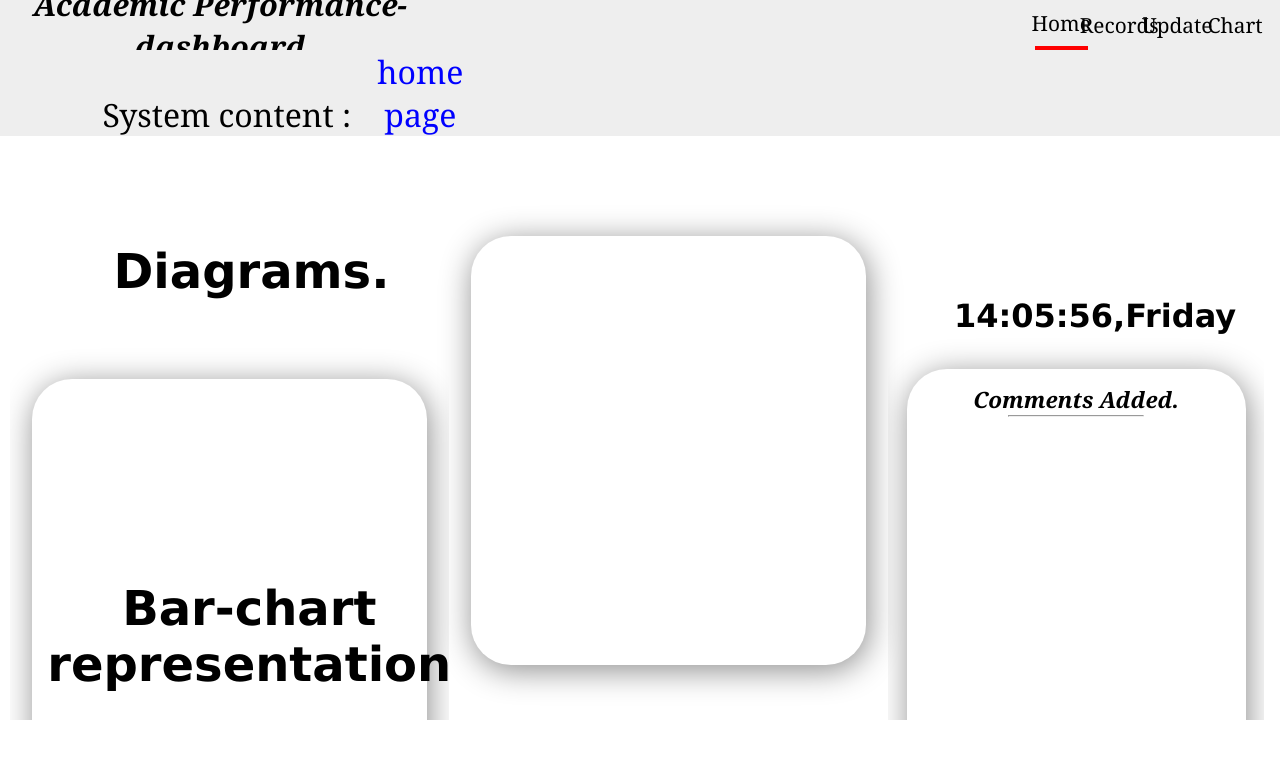
Repository: 3x3cu7er/Shax_001
Page: http://localhost/xmain/
These files come from the project's save history. The page is drawn as it stood at one moment and after the next save; the edit follows.
The browser window is 1280 px wide. The pictures show the whole page.
An inner scrolling area shows only its first screen. The page is served by the project's application, run on Django 4.2 (manage.py). Other server files are loaded and not shown.

Above is the page before, as saved 2024-01-19 17:59:14.
Console error (its wording comes from the project's code and is left out).

### _3x3c47er_Sino_sys/template/xmain.html
{% load static %}
<!DOCTYPE html>
<html lang="en">
  <head>
    <meta charset="UTF-8" />
    <meta name="viewport" content="width=device-width, initial-scale=1.0" />
    <title>...</title>
    <link rel="stylesheet" href="{% static '/css/xmain.css'%}" />
  </head>
  <body>
    <div class="container">
      <!-- navigation system -->
      <div class="nav">
        <div class="logo">
          <h5>Academic Performance-dashboard</h5>
          <a class="loc">show menu</a>
        </div>

        <div class="links">
          <a href="{% url 'xlanding'%}" class="under">Home</a>
          <a href="{% url 'temp_access_student'%}">Records</a>
          <a href="{% url 'xupdate'%}">Update</a>
          <a href="#later">Chart</a>
        </div>
      </div>
      <div class="elements">
        <a href="{% url 'xlanding'%}" class="under">Home</a>
        <a href="{% url 'temp_access_student'%}">Records</a>
        <a href="{% url 'xupdate'%}">Update</a>
        <a href="#later">Alerts</a>
      </div>
      <!-- platforms -->
      <div class="label">
        <h1>
          <p>System content :</p>
        </h1>
      </div>

      <div class="platforms">
        <!-- top section -->

        <div class="section" class="elements">
          <!-- right -->
          <div class="rigthSide">
            <div class="flex">
              <h4>Diagrams.</h4>
              <div class="data">
                <div class="graph">
                  <canvas id="net"></canvas>
                  <h4>Bar-chart representation</h4>
                </div>
              </div>
              <div class="data">
                <canvas id="tracking"></canvas>
              </div>
            </div>
          </div>
          <!-- middle -->
          <div class="middleContent">
            <div class="data" id="top">
              <div class="graph">
                <canvas id="pie"></canvas>
              </div>
            </div>
            <div class="data" id="bottom">
              <div class="graph">
                <canvas id="scatter"></canvas>
              </div>
            </div>
          </div>
          <!-- left -->

          <div class="leftSide">
            <div class="time">
              <h4>
                <span class="hr">00</span>:<span class="min">00</span>:<span
                  class="sec"
                  >00</span
                >,
              </h4>
              <br />
              <h4 class="dy">day</h4>
            </div>
            <div class="data" id="comments">
              <h4>Comments Added.</h4>
              <hr />

              {% for content in comment%}
              <li class="id">
                <ol>
                  <div class="sub">{{content}}</div>
                </ol>
              </li>
              {%endfor%}
            </div>
          </div>
        </div>
        <div class="context">
          <div class="subCOntext">
            <div class="scroll">
              <!-- {% for item in sh%}
              <ul>
                {{item}}
              </ul>
              <br /><br />
              {%endfor%} -->
              <div class="part">
                <img src="/static/css/icons/spy.svg" alt="" />
                <h3>User -Summary.</h3>

                <hr />
                <h4>Total datasets : <span>{{tcourse}}</span></h4>
                <h4>
                  The plt<sub>id</sub> corresponds to the recordID in the corses
                  undertaken.
                </h4>
                <h4>
                  plt -<sup>-</sup>-<sub>-</sub> average performance for the
                  record.
                </h4>
              </div>
              <!-- <div class="part">
                <img src="/static/undraw_emails_re_cqen.svg" alt="" />
                <h3>Notification.</h3>
                <hr />
              </div> -->
              <div class="part">
                <img src="/static/css/icons/chart.svg" alt="" />
                <h3>Performance -Summary.</h3>
                <hr />
                <h4>Total score : <span>{{tcwa}}</span></h4>
                <h4>Your status : <span>{{com}}</span></h4>
              </div>
            </div>
          </div>
        </div>
        <div class="design">
          <div class="">
            <img src="/static/css/icons/academic.svg" alt="" />
            <h1>Records.</h1>
          </div>
          <div class="">
            <img src="/static/css/icons/main2.svg" alt="" />
            <h1>Predictions.</h1>
          </div>
        </div>
        <!-- student details -->
        <div class="section" id="details">
          <div class="details">
            <h4>Courses Undertaken</h4>
            <hr />
            <div class="table">
              <div class="thead">
                <div class="name">Record-ID</div>
                <div class="name">Course</div>
                <div class="name">Refrence</div>
                <div class="name">CWA</div>
              </div>

              {%for rec in record%}
              <div class="value">
                <h5>{{rec.recordID}}</h5>
                <h5>{{rec.course}}</h5>
                <h5>{{rec.reference}}</h5>
                <h5>{{rec.cwa}}</h5>
              </div>
              {%endfor%}

              <!-- <div class="all">

                <li>{{rec.semester}}</li>

              </div> -->
            </div>
          </div>
          <div class="details">
            <h4>Predictions for the student.</h4>
            <hr />

            <div class="prediction">
              <h5>{{predicted_score}}</h5>
              <h5>Total AVERAGE score :{{average}}<span>%</span>.</h5>

              <h5>Student would have :{{recommendation}} performance.</h5>
            </div>
            <!-- <div class="form">
              <h2>Comment Form</h2>
              <hr />
              <form action="" method="post">
                {% csrf_token %}
                <div class="formItem">
                  <label for="">Content ID :</label>
                  <input type="text" name="comID" placeholder="I D.." />
                </div>
                <div class="formItem">
                  <label for="">Label:</label>
                  <input type="text" name="label" placeholder="give label.." />
                </div>
                <div class="formItem">
                  <label for="">Main content :</label>
                  <textarea
                    name="message"
                    placeholder="Write to add to content."
                    id="writings"
                  ></textarea>
                </div>
                <div class="formItem">
                  <input type="submit" value="Add content" />
                </div>
              </form>
            </div> -->
          </div>
        </div>
        <!-- later -->
        <!-- <div class="search">
          <form action="" method="get">
            {% csrf_token %}
            <input
              type="text"
              placeholder="level.."
              name="request"
              id="search"
            />
            <input
              type="text"
              placeholder="semester.."
              name="semReq"
              id="search"
            />
            <input type="submit" value="Check" name="searchBtn" id="btn" />
          </form>
        </div> -->
        <div class="formContainer">
          <h1>Enter your user ID..</h1>
          <div class="search">
            <form action="" method="get">
              {% csrf_token %}
              <input
                type="text"
                placeholder="Student's  ID.."
                name="search"
                id="search"
              />
              <input type="submit" value="Check" name="searchBtn" id="btn" />
            </form>
          </div>
        </div>
        <div class="design">
          <div class="">
            <img src="/static/css/icons/analytics.svg" alt="" />
            <h1>Performance tracking.</h1>
            <hr />
          </div>
        </div>
        <div class="section" id="later">
          <!-- graph page -->
          <div class="graph">
            <canvas id="dataRep"></canvas>
          </div>
        </div>
      </div>
    </div>
    <script src="{% static '/js/time1.js'%}"></script>
    <script src="https://cdn.jsdelivr.net/npm/chart.js"></script>
    <script>
      const ctx = document.getElementById("dataRep");
      const pie = document.getElementById("pie");
      const scatter = document.getElementById("scatter");
      const tracking = document.getElementById("tracking");
      const net = document.getElementById("net");
      //pl1 = JSON.parse("{{pl1|escapejs}}");
      //pl2 = JSON.parse("{{fs2|escapejs}}");
      //ss1 = JSON.parse("{{ss1|escapejs}}");
      //ss2 = JSON.parse("{{ss2|escapejs}}");
      //ts1 = JSON.parse("{{ts1|escapejs}}");
      //ts2 = JSON.parse("{{ts2|escapejs}}");
      //fors1 = JSON.parse("{{fors1|escapejs}}");
      //fors2 = JSON.parse("{{fors2|escapejs}}");
      graphData = JSON.parse("{{graphData|escapejs}}");
      graphData1 = JSON.parse("{{graphData1|escapejs}}");
      const loca = document.querySelector(".loc");
      const elements = document.querySelector(".elements");

      // ########################
      loca.addEventListener("click", function () {
        elements.style.display = "block";
      });

      //line chart
      new Chart(ctx, {
        type: "line",
        data: {
          labels: [
            "plt1",
            "plt2",
            "plt3",
            "plt4",
            "plt5",
            "plt6",
            "plt7",
            "plt8",
            "plt9",
            "plt10",
            "plt11",
            "plt12",
            "plt13",
            "plt14",
            "plt15",
            "plt16",
            "plt17",
            "plt18",
            "plt19",
            "plt20",
            "plt21",
            "plt22",
            "plt23",
            "plt24",
            "plt25",
            "plt26",
            "plt27",
            "plt28",
            "plt29",
            "plt30",
            "plt31",
            "plt32",
            "plt33",
            "plt34",
            "plt35",
            "plt36",
            "plt37",
            "plt38",
            "plt39",
            "plt40",
            "plt41",
            "plt42",
            "plt43",
            "plt44",
            "plt45",
            "plt46",
            "plt47",
            "plt48",
            "plt49",
            "plt50",
            "plt51",
            "plt52",
            "plt53",
            "plt54",
            "plt55",
            "plt56",
            "plt57",
            "plt58",
            "plt59",
            "plt60",
          ],
          datasets: [
            {
              label: "Performance rate.",
              data: graphData,
              borderWidth: 1,
            },
          ],
        },
        options: {
          scales: {
            y: {
              beginAtZero: true,
            },
          },
        },
      });
      //net chart
      new Chart(net, {
        type: "bar",
        data: {
          labels: [
            "plt1",
            "plt2",
            "plt3",
            "plt4",
            "plt5",
            "plt6",
            "plt7",
            "plt8",
            "plt9",
            "plt10",
            "plt11",
            "plt12",
            "plt13",
            "plt14",
            "plt15",
            "plt16",
            "plt17",
            "plt18",
            "plt19",
            "plt20",
            "plt21",
            "plt22",
            "plt23",
            "plt24",
            "plt25",
            "plt26",
            "plt27",
            "plt28",
            "plt29",
            "plt30",
            "plt31",
            "plt32",
            "plt33",
            "plt34",
            "plt35",
            "plt36",
            "plt37",
            "plt38",
            "plt39",
            "plt40",
            "plt41",
            "plt42",
            "plt43",
            "plt44",
            "plt45",
            "plt46",
            "plt47",
            "plt48",
            "plt49",
            "plt50",
            "plt51",
            "plt52",
            "plt53",
            "plt54",
            "plt55",
            "plt56",
            "plt57",
            "plt58",
            "plt59",
            "plt60",
          ],
          datasets: [
            {
              label: "Performance rate.",
              data: graphData,
              borderWidth: 1,
            },
          ],
        },
        options: {
          scales: {
            y: {
              beginAtZero: true,
            },
          },
        },
      });
      //tracking chart
      new Chart(tracking, {
        type: "polarArea",
        data: {
          labels: [
            "plt1",
            "plt2",
            "plt3",
            "plt4",
            "plt5",
            "plt6",
            "plt7",
            "plt8",
            "plt9",
            "plt10",
            "plt11",
            "plt12",
            "plt13",
            "plt14",
            "plt15",
            "plt16",
            "plt17",
            "plt18",
            "plt19",
            "plt20",
            "plt21",
            "plt22",
            "plt23",
            "plt24",
            "plt25",
            "plt26",
            "plt27",
            "plt28",
            "plt29",
            "plt30",
            "plt31",
            "plt32",
            "plt33",
            "plt34",
            "plt35",
            "plt36",
            "plt37",
            "plt38",
            "plt39",
            "plt40",
            "plt41",
            "plt42",
            "plt43",
            "plt44",
            "plt45",
            "plt46",
            "plt47",
            "plt48",
            "plt49",
            "plt50",
            "plt51",
            "plt52",
            "plt53",
            "plt54",
            "plt55",
            "plt56",
            "plt57",
            "plt58",
            "plt59",
            "plt60",
          ],
          datasets: [
            {
              label: "Tracking",
              data: graphData,
              borderWidth: 1,
            },
          ],
        },
        options: {
          scales: {
            y: {
              beginAtZero: true,
            },
          },
        },
      });
      //pie
      new Chart(pie, {
        type: "doughnut",
        data: {
          labels: [
            "plt1",
            "plt2",
            "plt3",
            "plt4",
            "plt5",
            "plt6",
            "plt7",
            "plt8",
            "plt9",
            "plt10",
            "plt11",
            "plt12",
            "plt13",
            "plt14",
            "plt15",
            "plt16",
            "plt17",
            "plt18",
            "plt19",
            "plt20",
            "plt21",
            "plt22",
            "plt23",
            "plt24",
            "plt25",
            "plt26",
            "plt27",
            "plt28",
            "plt29",
            "plt30",
            "plt31",
            "plt32",
            "plt33",
            "plt34",
            "plt35",
            "plt36",
            "plt37",
            "plt38",
            "plt39",
            "plt40",
            "plt41",
            "plt42",
            "plt43",
            "plt44",
            "plt45",
            "plt46",
            "plt47",
            "plt48",
            "plt49",
            "plt50",
            "plt51",
            "plt52",
            "plt53",
            "plt54",
            "plt55",
            "plt56",
            "plt57",
            "plt58",
            "plt59",
            "plt60",
          ],
          datasets: [
            {
              label: "Oval display.",
              data: graphData,
              borderWidth: 1,
            },
          ],
        },
        options: {
          scales: {
            y: {
              beginAtZero: true,
            },
          },
        },
      });
      //scatter plot
      new Chart(scatter, {
        type: "scatter",
        data: {
          labels: [
            "plt1",
            "plt2",
            "plt3",
            "plt4",
            "plt5",
            "plt6",
            "plt7",
            "plt8",
            "plt9",
            "plt10",
            "plt11",
            "plt12",
            "plt13",
            "plt14",
            "plt15",
            "plt16",
            "plt17",
            "plt18",
            "plt19",
            "plt20",
            "plt21",
            "plt22",
            "plt23",
            "plt24",
            "plt25",
            "plt26",
            "plt27",
            "plt28",
            "plt29",
            "plt30",
            "plt31",
            "plt32",
            "plt33",
            "plt34",
            "plt35",
            "plt36",
            "plt37",
            "plt38",
            "plt39",
            "plt40",
            "plt41",
            "plt42",
            "plt43",
            "plt44",
            "plt45",
            "plt46",
            "plt47",
            "plt48",
            "plt49",
            "plt50",
            "plt51",
            "plt52",
            "plt53",
            "plt54",
            "plt55",
            "plt56",
            "plt57",
            "plt58",
            "plt59",
            "plt60",
          ],
          datasets: [
            {
              label: "Scattered display.",
              data: graphData,
              borderWidth: 1,
            },
          ],
        },
        options: {
          scales: {
            y: {
              beginAtZero: true,
            },
          },
        },
      });
    </script>
  </body>
</html>

### _3x3c47er_Sino_sys/_hadez_/views.py
from django.shortcuts import render

# Create your views here.
# system navs


def x1(request):
    return render(request, "xterminal.html")


# system navs
def x2(request):
    return render(request, "xupdate.html")


# system navs
def x3(request):
    return render(request, "xbase.html")


# system navs
def x4(request):
    return render(request, "xmain.html")


# system navs
def x5(request):
    return render(request, "sys_manage.html")


# system navs
def x6(request):
    return render(request, "root_parent.html")


# system navs
def x7(request):
    return render(request, "dash_content_overview.html")


# system navs
def x8(request):

    # if request.method == 'POST':
    #     uname = '*****'
    #     addr = 'account@mail.com'
    #     refnum = '**********'
    #     commentRef = request.POST.get('comID')
    #     label = request.POST.get('label')
    #     message = request.POST.get('message')
    #     newComment = comments(commentID=commentRef, label=label, details=message)
    #     newComment.save()

    if request.method == 'GET':
        uname = '*****'
        addr = 'account@mail.com'
        refnum = '**********'
        ref = request.GET.get('search')
        # users = userCredentials.objects.all()
        # for userAccount in users:
        #     if str(userAccount.referenceNumber) == str(ref):
        #         print('yh..')
        #         uname = userAccount.uname
        #         addr = userAccount.Address
        #         refnum = userAccount.referenceNumber

    return render(request, 'xlanding.html', {'uname':uname, 'addr':addr, 'refnum':refnum})


# system navs
def x9(request):
    return render(request, "xhome.html")


# system navs
def x10(request):
    return render(request, "board_confg.html")


# system navs
def x11(request):
    return render(request, "temp_access_stud.html")


# system navs
def x12(request):
    return render(request, "xactive.html")


# system navs
def x13(request):
    return render(request, "xplatform.html")


# system navs
def x14(request):
    return render(request, "sys_major.html")

### _3x3c47er_Sino_sys/_3x3c47er_Sino_sys/urls.py
"""_3x3c47er_Sino_sys URL Configuration

The `urlpatterns` list routes URLs to views. For more information please see:
    https://docs.djangoproject.com/en/4.0/topics/http/urls/
Examples:
Function views
    1. Add an import:  from my_app import views
    2. Add a URL to urlpatterns:  path('', views.home, name='home')
Class-based views
    1. Add an import:  from other_app.views import Home
    2. Add a URL to urlpatterns:  path('', Home.as_view(), name='home')
Including another URLconf
    1. Import the include() function: from django.urls import include, path
    2. Add a URL to urlpatterns:  path('blog/', include('blog.urls'))
"""
from django.contrib import admin
from django.urls import path, include

urlpatterns = [
    path('admin/', admin.site.urls),
    path("", include("_hadez_.urls")),
    path("xterminal/", include("_hadez_.urls")),
    path('main/', include('_hadez_.urls')),
    path('update-my-data/', include('_hadez_.urls')),
    path('records/', include('_hadez_.urls')),
    path('menu/', include('_hadez_.urls')),
    path('monitor/', include('_hadez_.urls')),
    path('platform/', include('_hadez_.urls')),
]

### _3x3c47er_Sino_sys/_hadez_/urls.py
from django.urls import path
from . import views
urlpatterns = [
    path("", views.x1, name="xterminal"),
    path("xterminal/", views.x1, name="xterminal"),
    path("xupdate/", views.x2, name="xupdate"),
    path("xbase/", views.x3, name="xbase"),
    path("xmain/", views.x4, name="xmain"),
    path("sys_manage/", views.x5, name="sys_manage"),
    path("root_parent/", views.x6, name="root_parent"),
    path("dash_content_overview/", views.x7, name="dash_content_overview"),
    path("xlanding/", views.x8, name="xlanding"),
    path("xhome/", views.x9, name="xhome"),
    path("board_confg/", views.x10 , name="board_confg"),
    path("temp_access_student/", views.x11 , name="temp_access_student"),
    path("xactive/", views.x12 , name="xactive"),
    path("xplatform/", views.x13 , name="xplatform"),
    path("sys_major/", views.x14 , name="sys_major"),
]

Loaded but not shown: _3x3c47er_Sino_sys/static/css/icons/academic.svg (1 lines, source omitted); _3x3c47er_Sino_sys/static/css/icons/chart.svg (1 lines, source omitted); _3x3c47er_Sino_sys/static/css/icons/analytics.svg (1 lines, source omitted); _3x3c47er_Sino_sys/static/css/icons/main2.svg (1 lines, source omitted); _3x3c47er_Sino_sys/static/css/icons/spy.svg (1 lines, source omitted); _3x3c47er_Sino_sys/static/js/time1.js (52 lines, source omitted); _3x3c47er_Sino_sys/static/css/xmain.css (930 lines, source omitted)

After the next save:
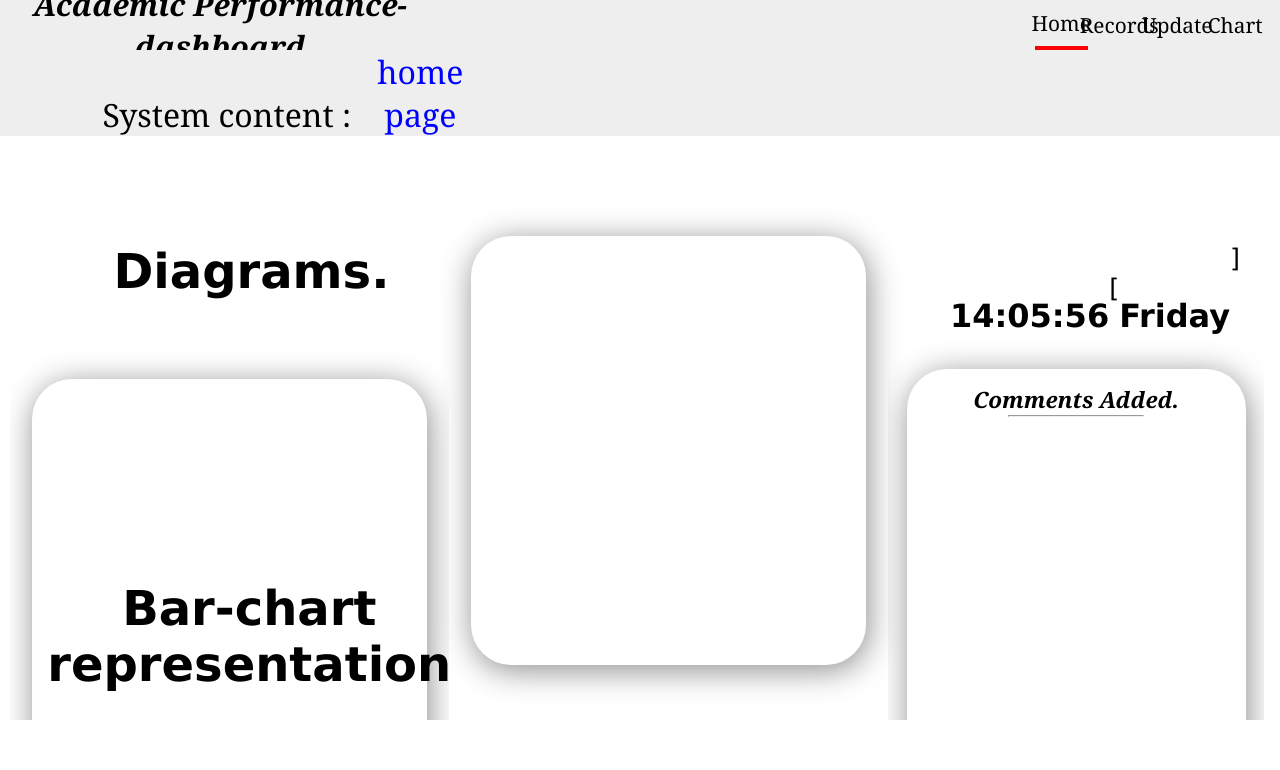
Saved 2 min 42 s later.
--- a/_3x3c47er_Sino_sys/template/xmain.html
+++ b/_3x3c47er_Sino_sys/template/xmain.html
@@ -76,10 +76,12 @@
                 <span class="hr">00</span>:<span class="min">00</span>:<span
                   class="sec"
                   >00</span
-                >,
+                >
               </h4>
               <br />
+              [
               <h4 class="dy">day</h4>
+              ]
             </div>
             <div class="data" id="comments">
               <h4>Comments Added.</h4>
